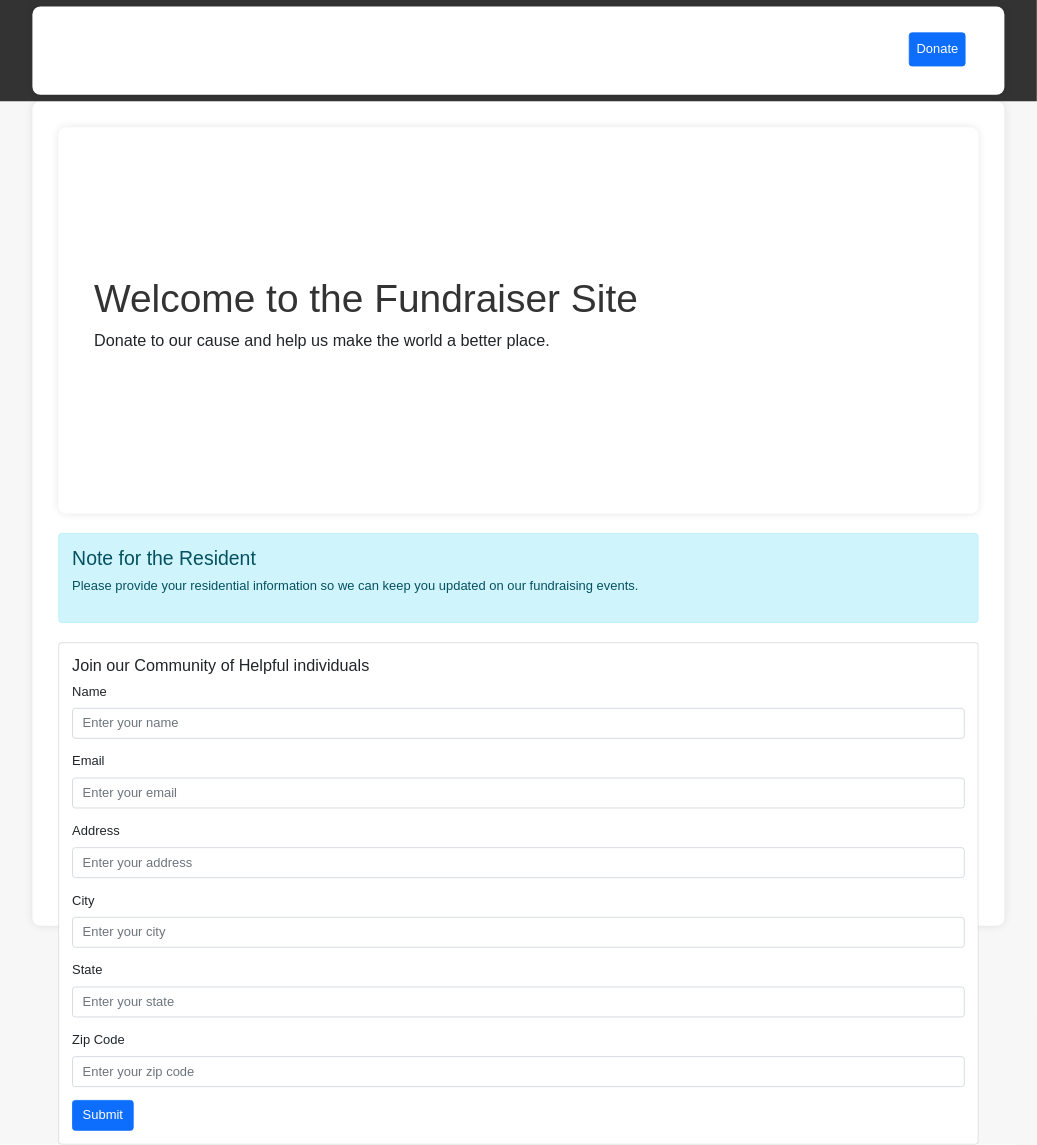
Repository: DragonFruit8/Fundraiser-Page
Page: /
An editor plug-in stored every save of this project. The page is shown before and after the next save, followed by the edit.
The browser window is 1280 px wide. The pictures show the whole page, at 81% of full size.
The project was rebuilt for these pictures with package versions that can differ from the ones it lists, and the page was loaded fresh each time. Also part of the build but not shown: src/pages/About.js, src/pages/Donate.js, src/pages/Admin.js.

Above is the page before, as saved 2024-07-19 14:07:15.

### public/index.html
<!DOCTYPE html>
<html lang="en">
  <head>
    <meta charset="utf-8" />
    <link rel="icon" href="%PUBLIC_URL%/favicon.ico" />
    <meta name="viewport" content="width=device-width, initial-scale=1" />
    <meta name="theme-color" content="#000000" />
    <meta
      name="description"
      content="Web site created using create-react-app"
    />
    <link rel="apple-touch-icon" href="%PUBLIC_URL%/logo192.png" />
    <link
      href="https://cdn.jsdelivr.net/npm/bootstrap@5.0.2/dist/css/bootstrap.min.css"
      rel="stylesheet"
      integrity="sha384-EVSTQN3/azprG1Anm3QDgpJLIm9Nao0Yz1ztcQTwFspd3yD65VohhpuuCOmLASjC"
      crossorigin="anonymous"
    />
    <!--
      manifest.json provides metadata used when your web app is installed on a
      user's mobile device or desktop. See https://developers.google.com/web/fundamentals/web-app-manifest/
    -->
    <link rel="manifest" href="%PUBLIC_URL%/manifest.json" />
    <!--
      Notice the use of %PUBLIC_URL% in the tags above.
      It will be replaced with the URL of the `public` folder during the build.
      Only files inside the `public` folder can be referenced from the HTML.

      Unlike "/favicon.ico" or "favicon.ico", "%PUBLIC_URL%/favicon.ico" will
      work correctly both with client-side routing and a non-root public URL.
      Learn how to configure a non-root public URL by running `npm run build`.
    -->
    <title>React App</title>
  </head>
  <body>
    <noscript>You need to enable JavaScript to run this app.</noscript>
    <div id="root"></div>
    <!--
      This HTML file is a template.
      If you open it directly in the browser, you will see an empty page.

      You can add webfonts, meta tags, or analytics to this file.
      The build step will place the bundled scripts into the <body> tag.

      To begin the development, run `npm start` or `yarn start`.
      To create a production bundle, use `npm run build` or `yarn build`.
    -->
    <script
      src="https://cdn.jsdelivr.net/npm/bootstrap@5.0.2/dist/js/bootstrap.bundle.min.js"
      integrity="sha384-MrcW6ZMFYlzcLA8Nl+NtUVF0sA7MsXsP1UyJoMp4YLEuNSfAP+JcXn/tWtIaxVXM"
      crossorigin="anonymous"
    ></script>
    <script
      src="https://cdn.jsdelivr.net/npm/@popperjs/core@2.9.2/dist/umd/popper.min.js"
      integrity="sha384-IQsoLXl5PILFhosVNubq5LC7Qb9DXgDA9i+tQ8Zj3iwWAwPtgFTxbJ8NT4GN1R8p"
      crossorigin="anonymous"
    ></script>
    <script
      src="https://cdn.jsdelivr.net/npm/bootstrap@5.0.2/dist/js/bootstrap.min.js"
      integrity="sha384-cVKIPhGWiC2Al4u+LWgxfKTRIcfu0JTxR+EQDz/bgldoEyl4H0zUF0QKbrJ0EcQF"
      crossorigin="anonymous"
    ></script>
  </body>
</html>

### src/App.js
import React from 'react';
import { BrowserRouter as Router, Route, Routes } from 'react-router-dom';
import Home from './pages/HomeContainer';
import About from './pages/About';
import Donate from './pages/Donate';
import Admin from './pages/Admin';
import GlobalStyle from './globalStyles';
import Navbar from './components/Navbar';

const App = () => {
  return (
    <Router>
      <GlobalStyle />
        <Navbar />
      <Routes>
          <Route exact path="/" element={<Home />} />
          <Route path="/about" element={<About />} />
          <Route path="/donate" element={<Donate />} />
          <Route path="/admin" element={<Admin />} />
      </Routes>
    </Router>
  );
};

export default App;

### src/pages/HomeContainer.js

import React, { useState } from 'react';


const HomeContainer = () => {
    const [residentialInfo, setResidentialInfo] = useState({
        name: '',
        email: '',
        address: '',
        city: '',
        state: '',
        zipCode: ''
    });

    const handleChange = (e) => {
        setResidentialInfo({
            ...residentialInfo,
            [e.target.name]: e.target.value
        });
    };

    const handleSubmit = (e) => {
        e.preventDefault();
        // Send residentialInfo to the association for neighbors
        console.log(residentialInfo);
        // Reset the form
        setResidentialInfo({
            name: '',
            email: '',
            address: '',
            city: '',
            state: '',
            zipCode: ''
        });
    };

    return (
        <section className="container">
            <div className="row justify-content-center">
                <div className="col">
                    <div className="d-flex container row h-50 justify-content-center align-items-center">
                        <div className="col">
                            <h1 className="display-5">Welcome to the Fundraiser Site</h1>
                            <p className="lead">Donate to our cause and help us make the world a better place.</p>
                        </div>
                    </div>
                    {/* A note for the resident */}
                    <div className="alert alert-info mt-4" role="alert">
                        <h4 className="alert-heading">Note for the Resident</h4>
                        <p>
                            Please provide your residential information so we can keep you updated on our fundraising events.
                        </p>
                    </div>
                    <div className="card mt-4">
                        <div className="card-body">
                            <h5 className="card-title">Join our Community of Helpful individuals</h5>
                            <form onSubmit={handleSubmit}>
                                <div className="mb-3">
                                    <label htmlFor="name" className="form-label">Name</label>
                                    <input type="text" className="form-control" id="name" placeholder="Enter your name" />
                                </div>
                                <div className="mb-3">
                                    <label htmlFor="email" className="form-label">Email</label>
                                    <input type="email" className="form-control" id="email" placeholder="Enter your email" />
                                </div>
                                <div className="mb-3">
                                    <label htmlFor="address" className="form-label">Address</label>
                                    <input type="text" className="form-control" id="address" name="address" value={residentialInfo.address} onChange={handleChange} placeholder="Enter your address" />
                                </div>
                                <div className="mb-3">
                                    <label htmlFor="city" className="form-label">City</label>
                                    <input type="text" className="form-control" id="city" name="city" value={residentialInfo.city} onChange={handleChange} placeholder="Enter your city" />
                                </div>
                                <div className="mb-3">
                                    <label htmlFor="state" className="form-label">State</label>
                                    <input type="text" className="form-control" id="state" name="state" value={residentialInfo.state} onChange={handleChange} placeholder="Enter your state" />
                                </div>
                                <div className="mb-3">
                                    <label htmlFor="zipCode" className="form-label">Zip Code</label>
                                    <input type="text" className="form-control" id="zipCode" name="zipCode" value={residentialInfo.zipCode} onChange={handleChange} placeholder="Enter your zip code" />
                                </div>
                                <button type="submit" className="btn btn-primary">Submit</button>
                            </form>
                        </div>
                    </div>
                </div>
            </div>
        </section>
    );
    };


export default HomeContainer;

### src/globalStyles.js
import { createGlobalStyle } from 'styled-components';

const GlobalStyle = createGlobalStyle`
  body {
    margin: 0;
    padding: 0;
    font-family: 'Arial', sans-serif;
    background-color: #f7f7f7;
  }

  nav {
    background-color: #333;
    padding: 1rem;
    display: flex;
    justify-content: center;
  }

  nav a {
    color: #fff;
    margin: 0 1rem;
    text-decoration: none;
    font-size: 1.2rem;
  }

  nav a:hover {
    text-decoration: underline;
  }

  .container {
    max-width: 1200px;
    margin: 0 auto;
    padding: 2rem;
    background-color: #fff;
    box-shadow: 0 0 10px rgba(0, 0, 0, 0.1);
    border-radius: 10px;
  }

  h1 {
    color: #333;
  }

  button {
    background-color: #007BFF;
    color: #fff;
    border: none;
    padding: 0.5rem 1rem;
    font-size: 1rem;
    border-radius: 5px;
    cursor: pointer;
  }

  button:hover {
    background-color: #0056b3;
  }

  input {
    padding: 0.5rem;
    font-size: 1rem;
    margin-right: 0.5rem;
    border-radius: 5px;
    border: 1px solid #ccc;
  }
`;

export default GlobalStyle;

### src/components/Navbar.js
import React from 'react';
import { Link } from 'react-router-dom';

const Navbar = () => {
    return (
        <nav className="navbar navbar-expand-lg navbar-dark text-white">
            <div className="container">
                <Link className="navbar-brand" to="/">Fundraiser Site</Link>
                <button className="navbar-toggler" type="button" data-bs-toggle="collapse" data-bs-target="#navbarNav" aria-controls="navbarNav" aria-expanded="false" aria-label="Toggle navigation">
                    <span className="navbar-toggler-icon"></span>
                </button>
                <div className="collapse navbar-collapse" id="navbarNav">
                    <ul className="navbar-nav ms-auto">
                        <li className="nav-item">
                            <Link className="nav-link" to="/">Home</Link>
                        </li>
                        <li className="nav-item">
                            <Link className="nav-link" to="/about">About</Link>
                        </li>
                        <li className="nav-item">
                            <Link className="nav-link" to="/admin">Admin</Link>
                        </li>
                        <li className="nav-item">
                            <Link className="nav-link btn btn-primary text-white" to="/donate">Donate</Link>
                        </li>
                    </ul>
                </div>
            </div>
        </nav>
    );
}

export default Navbar;

Loaded but not shown: src/index.js (common file); src/index.css (common file)

After the next save:
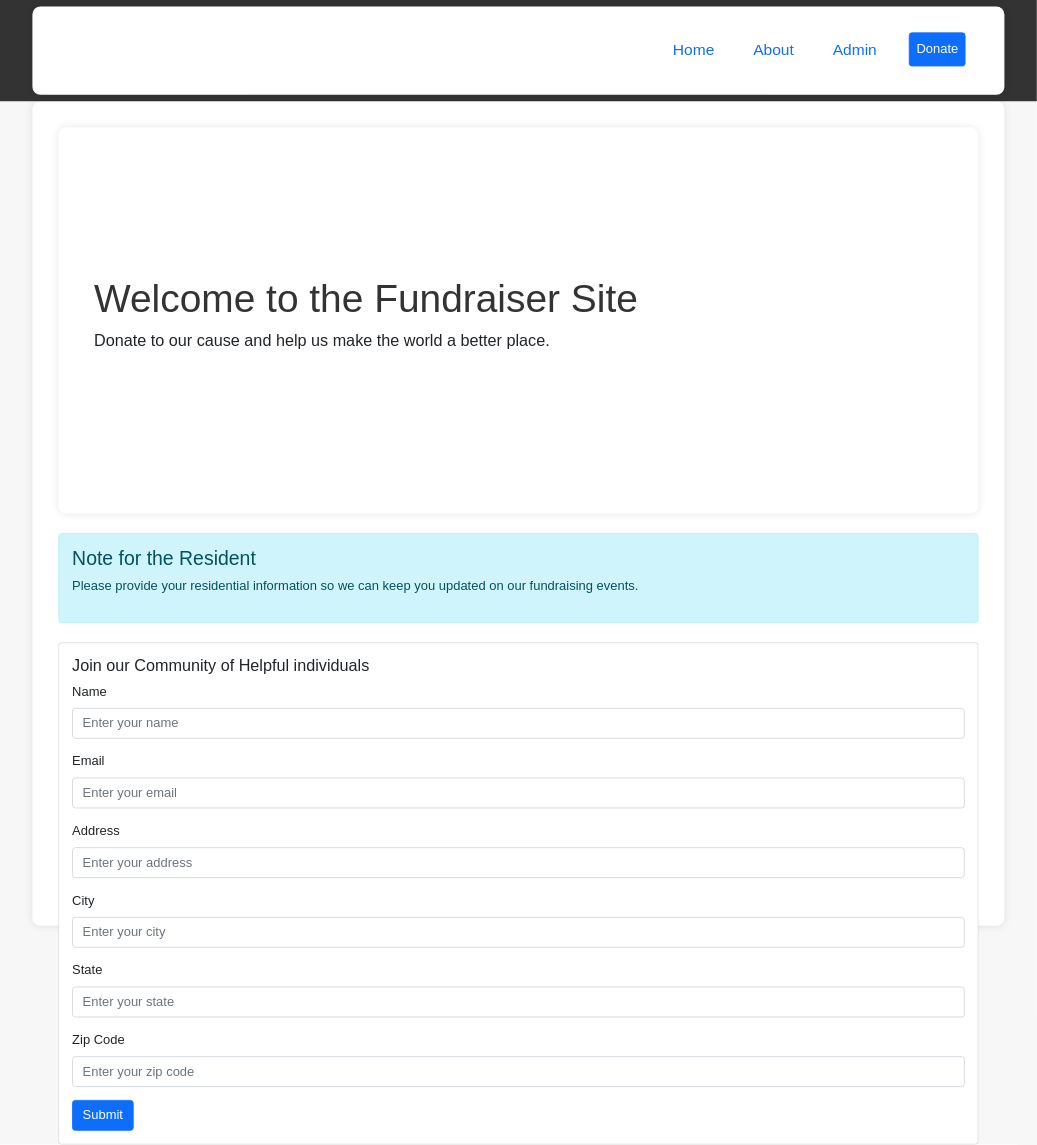
Saved 5 s later.
--- a/src/components/Navbar.js
+++ b/src/components/Navbar.js
@@ -3,7 +3,7 @@ import { Link } from 'react-router-dom';
 
 const Navbar = () => {
     return (
-        <nav className="navbar navbar-expand-lg navbar-dark text-white">
+        <nav className="navbar navbar-expand-lg navbar text-white">
             <div className="container">
                 <Link className="navbar-brand" to="/">Fundraiser Site</Link>
                 <button className="navbar-toggler" type="button" data-bs-toggle="collapse" data-bs-target="#navbarNav" aria-controls="navbarNav" aria-expanded="false" aria-label="Toggle navigation">
